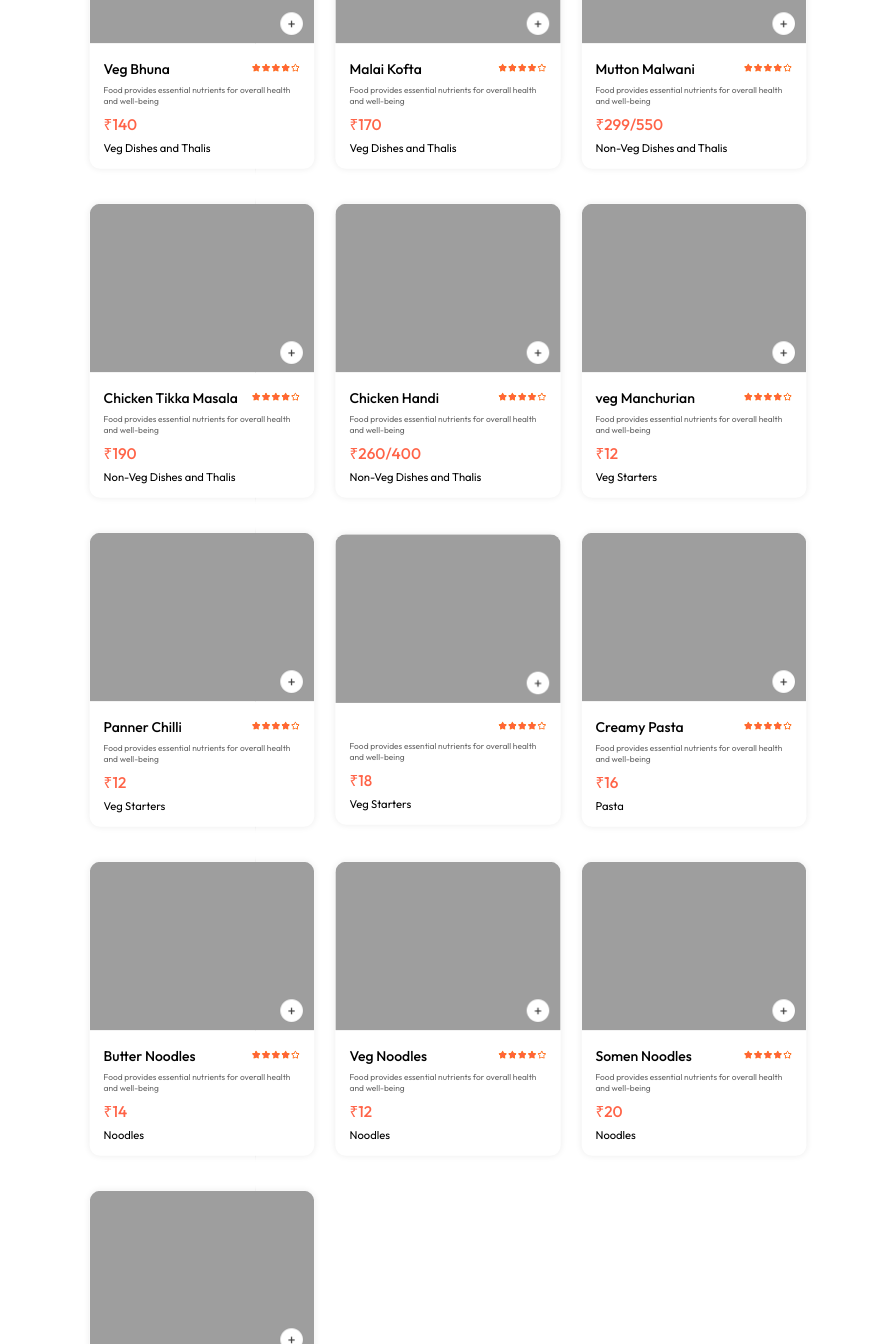
Repository: keyursanglikar/Hotel-Manangement
Page: / (app in frontend/)
These files come from the project's save history. The page is drawn as it stood at one moment and after a run of saves; the edit follows.
The browser window is 1280 px wide. The pictures show the part of the page from y = 3673 to 5593 px (the page is 8982 px tall), at 70% of full size.
The page's requests for data from a server got no answer. The project was rebuilt for these pictures with package versions that can differ from the ones it lists, and the page was loaded fresh each time. No one was signed in, and anything a server would have sent is missing. Also part of the build but not shown: frontend/vite.config.js, frontend/src/pages/Cart/Cart.css, frontend/src/pages/Cart/Cart.jsx, frontend/src/pages/PlaceOrder/PlaceOrder.jsx, frontend/src/components/LoginPopup/LoginPopup.css, frontend/src/components/LoginPopup/LoginPopup.jsx, frontend/src/pages/Verify/Verify.css, frontend/src/pages/Verify/Verify.jsx and 2 more.

Above is the page before, as saved 2025-12-05 13:55:53.

After the next 2 saves:
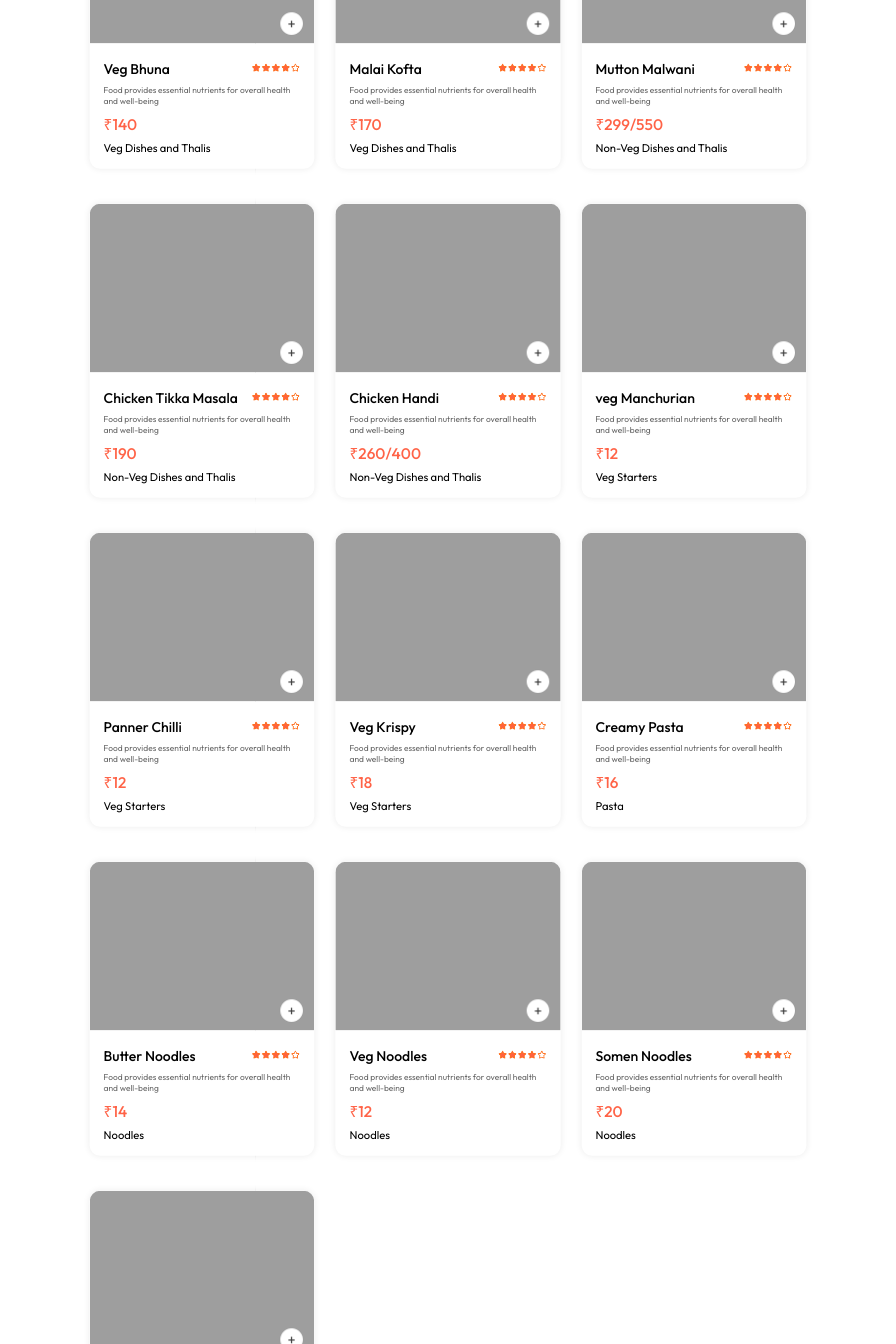
The 2 saves are shown as one change because they came seconds apart.
The last was saved 40 s later.
--- a/frontend/src/assets/assets.js
+++ b/frontend/src/assets/assets.js
@@ -750,7 +750,7 @@
     },
     {
         _id: "26",
-        name: "",
+        name: "Veg Krispy",
         image: getFoodImage("food_26"),
         price: 18,
         description: "Food provides essential nutrients for overall health and well-being",
